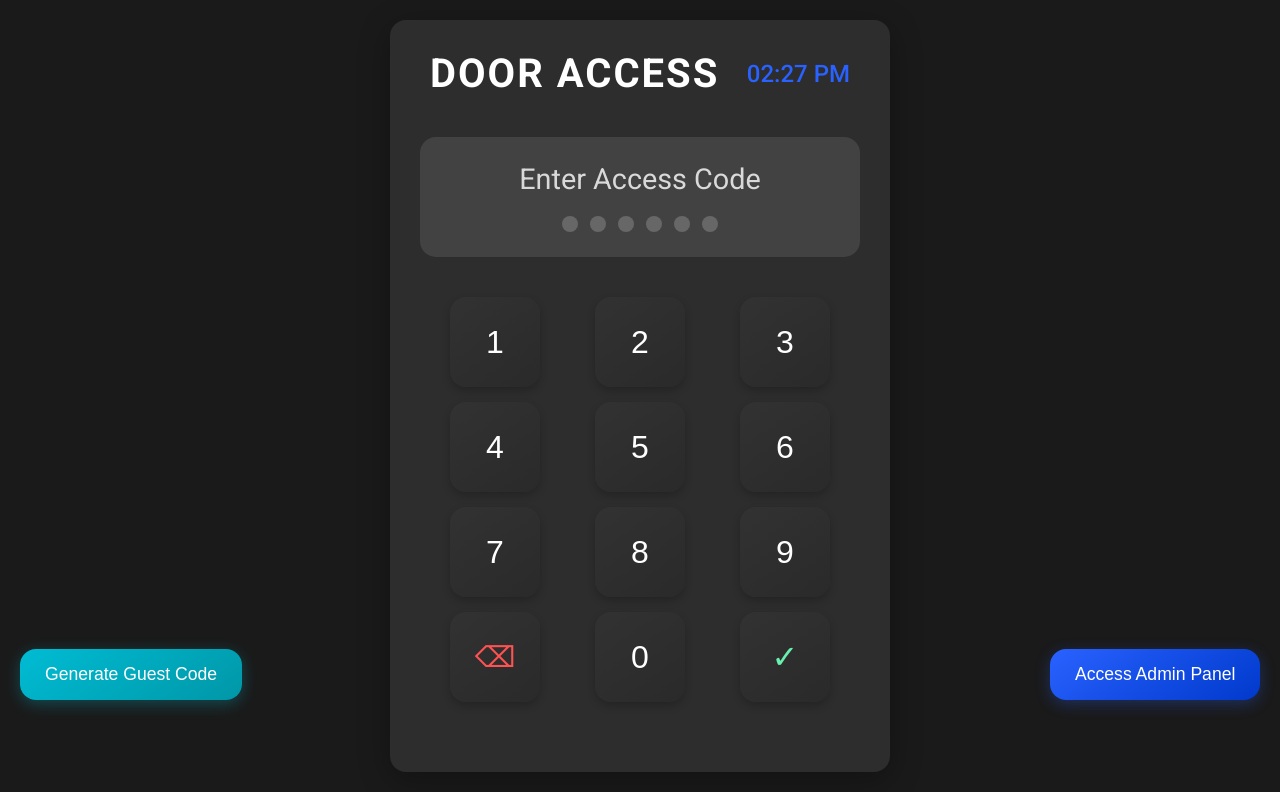
Repository: NPOBG/access
Page: index.html
An editor plug-in stored every save of this project. The page is shown before and after the next save, followed by the edit.
The browser window is 1280 px wide. The pictures show the whole page.

Above is the page before, as saved 2025-01-14 02:46:01.

After the next save:
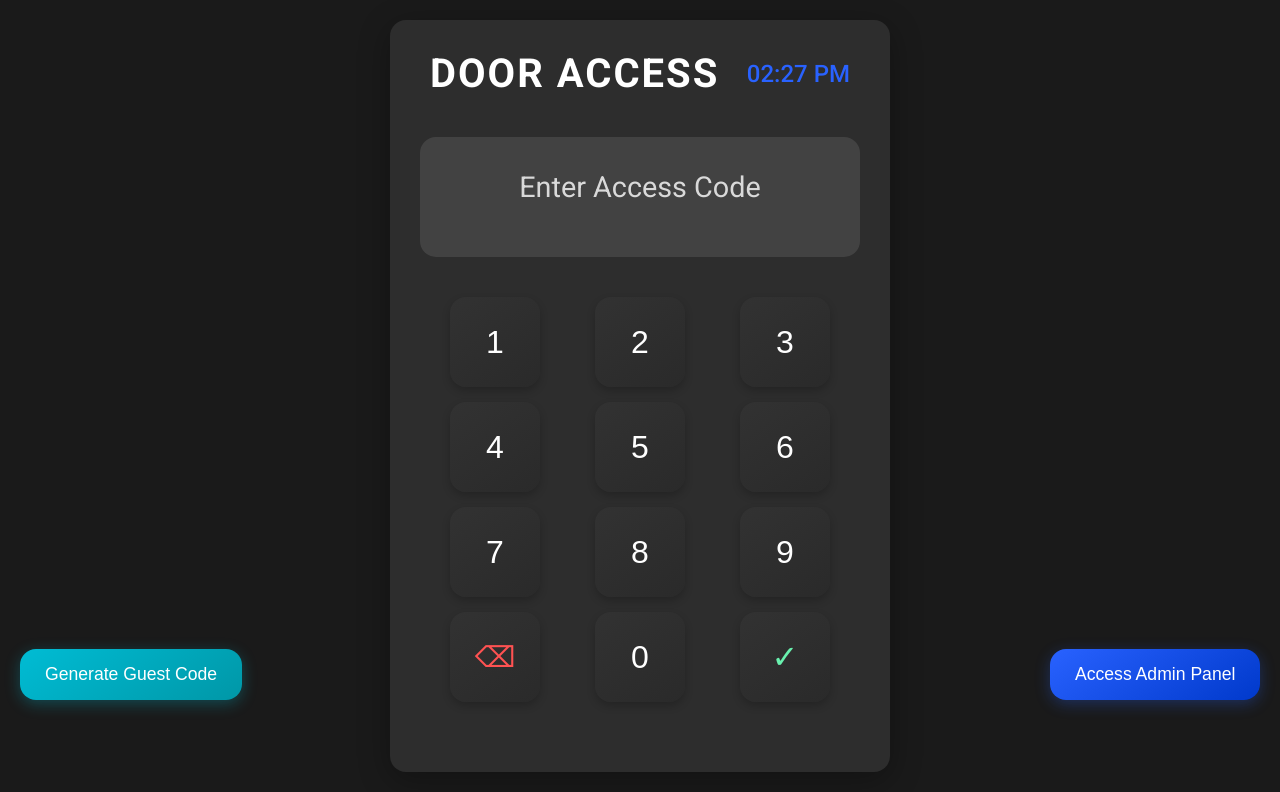
Console error (its wording comes from the project's code and is left out).
Saved 3 min 41 s later.
--- a/js/keypad.js
+++ b/js/keypad.js
@@ -211,33 +211,39 @@
                     setTimeout(() => this.resetMode(), 2000);
                 }
             } else if (this.isAdminMode) {
-                if (accessCode && accessCode.isAdmin) {
-                    this.showStatus('Access granted', 'success');
-                    this.provideSuccessFeedback();
-                    // Store admin session with expiration
-                    const sessionData = {
-                        code: this.currentCode,
-                        timestamp: new Date().getTime(),
-                        expires: new Date().getTime() + (8 * 60 * 60 * 1000), // 8 hours
-                        isAdmin: true
-                    };
-                    sessionStorage.setItem('adminSession', JSON.stringify(sessionData));
-
-                    // Verify session before redirect
-                    try {
-                        const verified = await window.doorAPI.verifyCode(this.currentCode);
-                        if (verified && verified.isAdmin) {
-                            setTimeout(() => {
-                                window.location.href = 'admin.html';
-                            }, 1000);
-                        } else {
-                            throw new Error('Admin verification failed');
-                        }
-                    } catch (error) {
-                        this.showStatus('Session verification failed', 'error');
-                        this.provideErrorFeedback();
-                        this.resetMode();
+                // Verify admin code before storing session
+                try {
+                    const verified = await window.doorAPI.verifyCode(this.currentCode);
+                    if (verified && verified.isAdmin) {
+                        // Store admin session with expiration
+                        const sessionData = {
+                            code: this.currentCode,
+                            timestamp: new Date().getTime(),
+                            expires: new Date().getTime() + (8 * 60 * 60 * 1000), // 8 hours
+                            isAdmin: true
+                        };
+                        sessionStorage.setItem('adminSession', JSON.stringify(sessionData));
+
+                        this.showStatus('Access granted', 'success');
+                        this.provideSuccessFeedback();
+                        setTimeout(() => {
+                            window.location.href = 'admin.html';
+                        }, 1000);
+                    } else {
+                        throw new Error('Invalid admin code');
                     }
+                } catch (error) {
+                    if (error.message.includes('Access denied')) {
+                        this.showStatus('Access denied: No permissions', 'error');
+                    } else if (error.message.includes('Invalid')) {
+                        this.showStatus('Invalid admin code', 'error');
+                    } else {
+                        this.showStatus('System error', 'error');
+                    }
+                    this.provideErrorFeedback();
+                    sessionStorage.removeItem('adminSession');
+                    this.resetMode();
+                }
                 } else {
                     this.showStatus('Invalid admin code', 'error');
                     this.provideErrorFeedback();

After the save that followed:
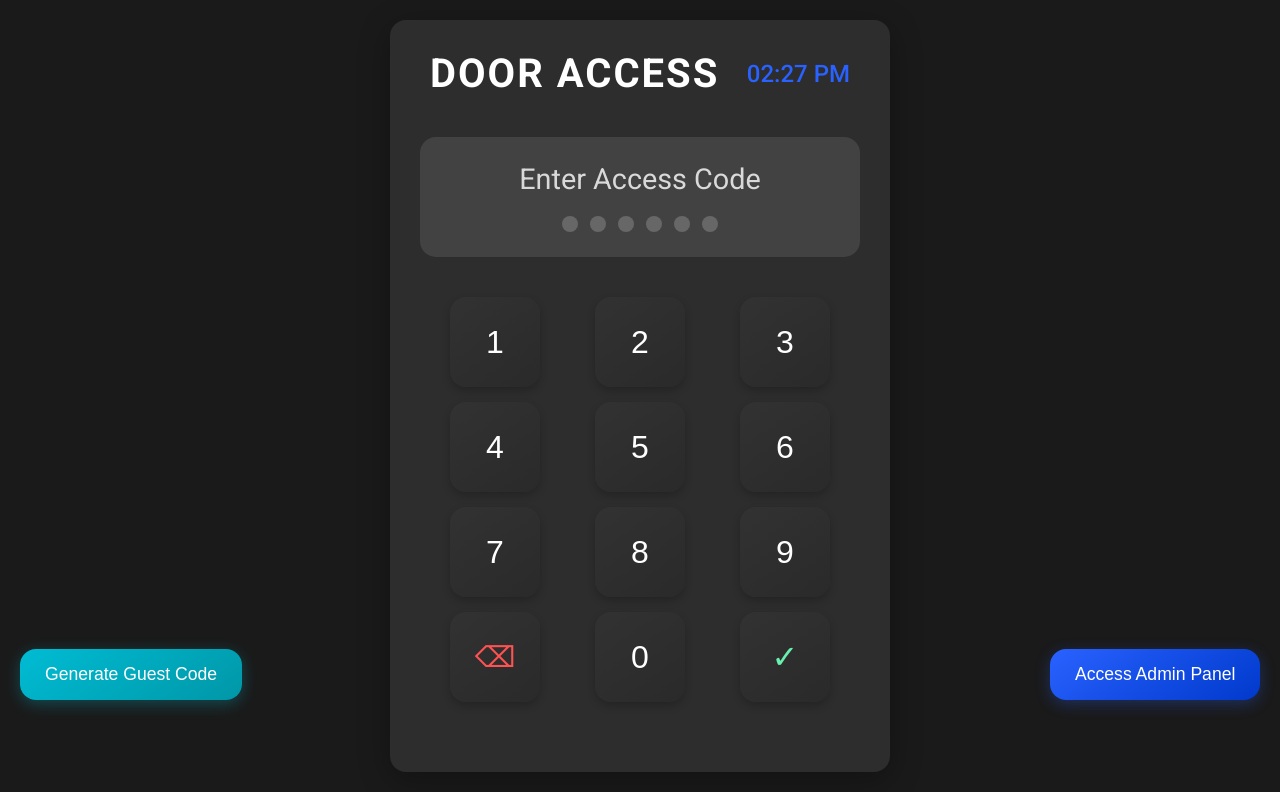
The error is gone.
Saved 26 s later.
--- a/js/keypad.js
+++ b/js/keypad.js
@@ -244,11 +244,6 @@
                     sessionStorage.removeItem('adminSession');
                     this.resetMode();
                 }
-                } else {
-                    this.showStatus('Invalid admin code', 'error');
-                    this.provideErrorFeedback();
-                    setTimeout(() => this.resetMode(), 2000);
-                }
             } else {
                 this.showStatus('Verifying...', 'processing');
                 try {
